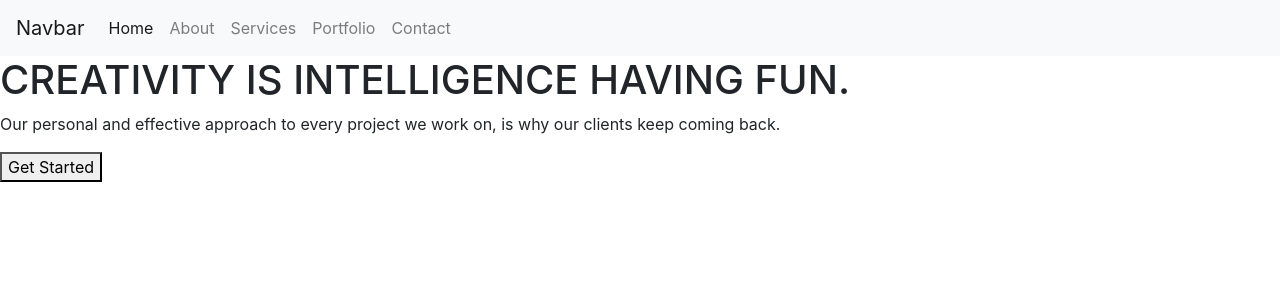
Repository: Syfon01/hng-port
Page: index.html
These files come from the project's save history. The page is drawn as it stood at one moment and after the next save; the edit follows.
The browser window is 1280 px wide. The pictures show the whole page.

Above is the page before, as saved 2020-06-27 20:28:26.

### index.html
<!doctype html>
<html lang="en">
  <head>
    <title>Title</title>
    <!-- Required meta tags -->
    <meta charset="utf-8">
    <meta name="viewport" content="width=device-width, initial-scale=1, shrink-to-fit=no">

    <!-- Bootstrap CSS -->
    <link rel="stylesheet" href="https://stackpath.bootstrapcdn.com/bootstrap/4.5.0/css/bootstrap.min.css"
      integrity="sha384-9aIt2nRpC12Uk9gS9baDl411NQApFmC26EwAOH8WgZl5MYYxFfc+NcPb1dKGj7Sk" crossorigin="anonymous">
  <link rel="stylesheet" href="style.css">
  </head>
  <body>
    <section id="home">
      <nav class="navbar navbar-expand-lg navbar-light bg-light">
        <a class="navbar-brand" href="#">Navbar</a>
        <button class="navbar-toggler" type="button" data-toggle="collapse" data-target="#navbarNav" aria-controls="navbarNav"
          aria-expanded="false" aria-label="Toggle navigation">
          <span class="navbar-toggler-icon"></span>
        </button>
        <div class="collapse navbar-collapse" id="navbarNav">
          <ul class="navbar-nav">
            <li class="nav-item active">
              <a class="nav-link" href="#">Home <span class="sr-only">(current)</span></a>
            </li>
            <li class="nav-item">
              <a class="nav-link" href="#">About</a>
            </li>
            <li class="nav-item">
              <a class="nav-link" href="#">Services</a>
            </li>

            <li class="nav-item">
              <a class="nav-link" href="#">Portfolio</a>
            </li>
            <li class="nav-item">
              <a class="nav-link " href="#">Contact</a>
            </li>
          </ul>
        </div>
      </nav>

      <div class="home-content">
        <h1>CREATIVITY IS
        INTELLIGENCE HAVING FUN.</h1>
        <p>Our personal and effective approach to every
        project we work on, is why our clients
        keep coming back.</p>
      </div>
      <button type="submit">Get Started</button>
    </section>
    <section id="about">

    </section>
    <section id="services">

    </section>
    <section id="portfolio">

    </section>

    <!-- Optional JavaScript -->
    <!-- jQuery first, then Popper.js, then Bootstrap JS -->
    <script src="https://code.jquery.com/jquery-3.5.1.slim.min.js"
      integrity="sha384-DfXdz2htPH0lsSSs5nCTpuj/zy4C+OGpamoFVy38MVBnE+IbbVYUew+OrCXaRkfj" crossorigin="anonymous"></script>
    <script src="https://cdn.jsdelivr.net/npm/popper.js@1.16.0/dist/umd/popper.min.js"
      integrity="sha384-Q6E9RHvbIyZFJoft+2mJbHaEWldlvI9IOYy5n3zV9zzTtmI3UksdQRVvoxMfooAo" crossorigin="anonymous"></script>
    <script src="https://stackpath.bootstrapcdn.com/bootstrap/4.5.0/js/bootstrap.min.js"
      integrity="sha384-OgVRvuATP1z7JjHLkuOU7Xw704+h835Lr+6QL9UvYjZE3Ipu6Tp75j7Bh/kR0JKI" crossorigin="anonymous"></script>

  </body>
</html>

### style.css
#home{
  background-image: url('/img/home.png'),
  linear-gradient(to bottom, rgba(0, 0, 0, 0.52), rgba(0, 0, 0, 0.73)),
  ;
  background-size: cover;
}

After the next save:
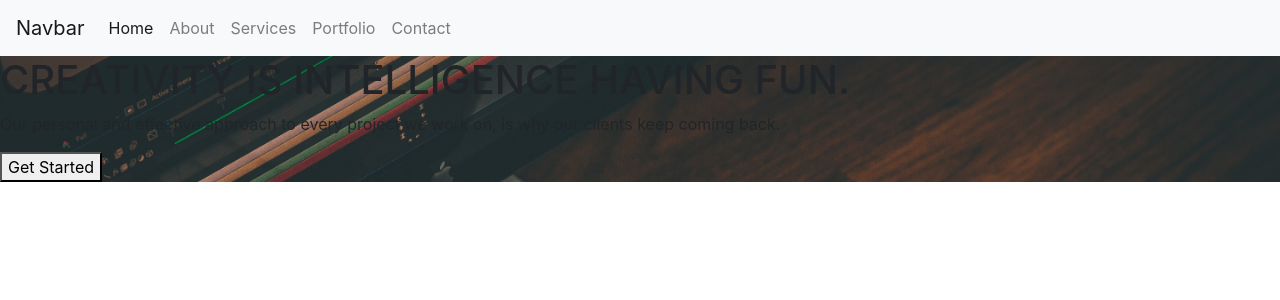
Saved 36 s later.
--- a/style.css
+++ b/style.css
@@ -1,6 +1,5 @@
 #home{
   background-image: url('/img/home.png'),
-  linear-gradient(to bottom, rgba(0, 0, 0, 0.52), rgba(0, 0, 0, 0.73)),
-  ;
+  linear-gradient(to bottom, rgba(0, 0, 0, 0.52), rgba(0, 0, 0, 0.73));
   background-size: cover;
 }
